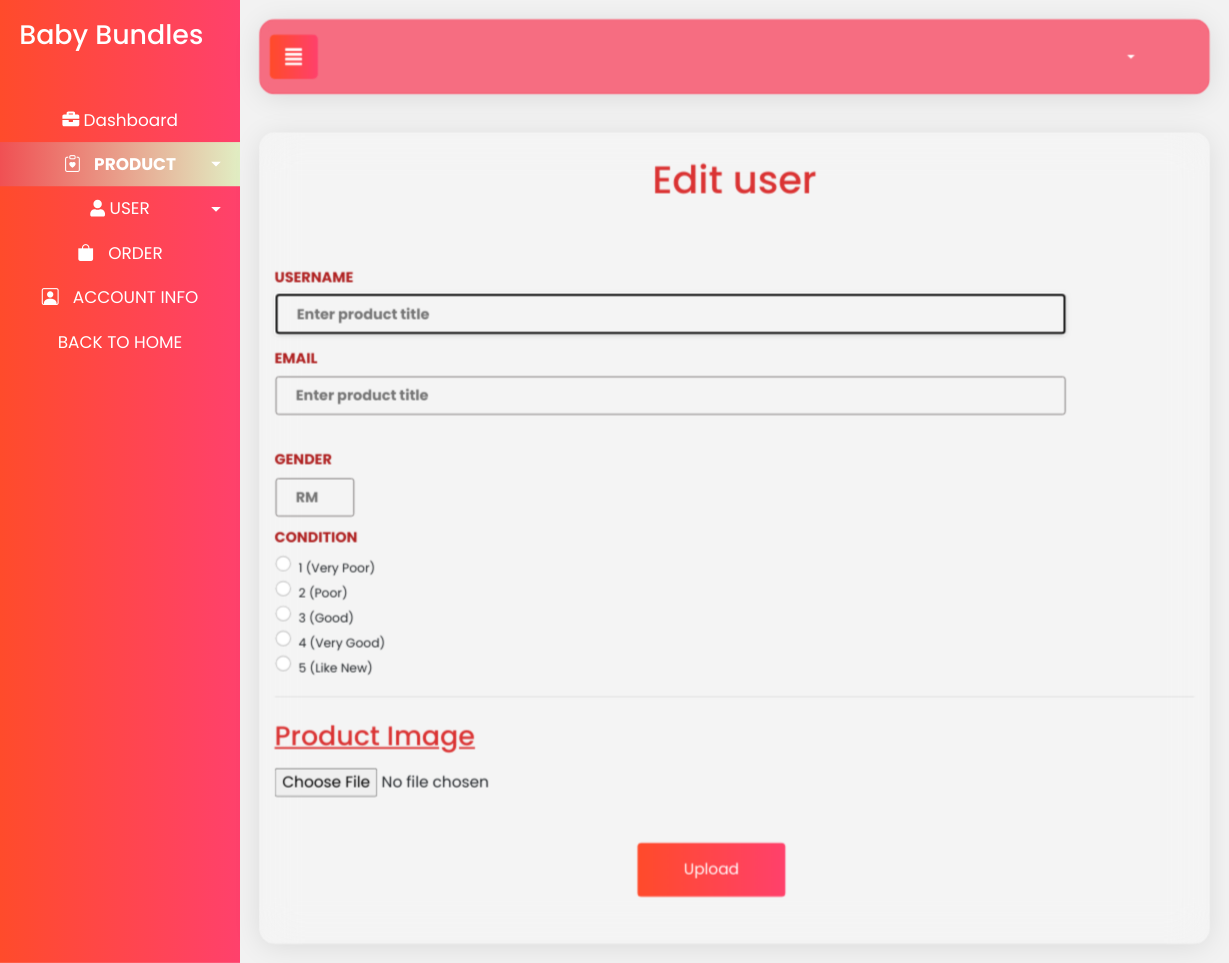
Repository: jiahow99/Baby-Bundles-University
Page: http://localhost/admin-edituser.php
These files come from the project's save history. The page is drawn as it stood at one moment and after the next save; the edit follows.
The browser window is 1280 px wide. The pictures show the whole page, at 96% of full size.
Some web libraries are served in a nearby version. The page is run by PHP 8.4 with error messages shown; the project is at /var/www/html/.

Above is the page before, as saved 2022-11-25 00:58:18.

### admin-edituser.php
<!DOCTYPE html>
<html>

<head>
    <meta charset="utf-8">
    <meta name="viewport" content="width=device-width, initial-scale=1.0">
    <meta http-equiv="X-UA-Compatible" content="IE=edge">

    <title>Admin-Product</title>

    <!-- Bootstrap CSS CDN -->
    <link rel="stylesheet" href="https://stackpath.bootstrapcdn.com/bootstrap/4.1.0/css/bootstrap.min.css" integrity="sha384-9gVQ4dYFwwWSjIDZnLEWnxCjeSWFphJiwGPXr1jddIhOegiu1FwO5qRGvFXOdJZ4" crossorigin="anonymous">
    <!-- Our Custom CSS -->
    <link rel="stylesheet" href="css/admin.style.css">

    <!-- Font Awesome JS -->
    <script defer src="https://use.fontawesome.com/releases/v5.0.13/js/solid.js" integrity="sha384-tzzSw1/Vo+0N5UhStP3bvwWPq+uvzCMfrN1fEFe+xBmv1C/AtVX5K0uZtmcHitFZ" crossorigin="anonymous"></script>
    <script defer src="https://use.fontawesome.com/releases/v5.0.13/js/fontawesome.js" integrity="sha384-6OIrr52G08NpOFSZdxxz1xdNSndlD4vdcf/q2myIUVO0VsqaGHJsB0RaBE01VTOY" crossorigin="anonymous"></script>
    <!-- Bootstrap Icon -->
    <link rel="stylesheet" href="https://cdn.jsdelivr.net/npm/bootstrap-icons@1.3.0/font/bootstrap-icons.css">
    <!-- JQuery -->
    <script src="https://code.jquery.com/jquery-3.5.1.min.js"></script>
    <!-- Bootstrap Icon -->
    <link rel="stylesheet" href="https://cdn.jsdelivr.net/npm/bootstrap-icons@1.9.1/font/bootstrap-icons.css" integrity="sha384-xeJqLiuOvjUBq3iGOjvSQSIlwrpqjSHXpduPd6rQpuiM3f5/ijby8pCsnbu5S81n" crossorigin="anonymous">
    <!-- JavaScript Bundle with Popper -->
    <script src="https://cdn.jsdelivr.net/npm/bootstrap@5.2.3/dist/js/bootstrap.bundle.min.js" integrity="sha384-kenU1KFdBIe4zVF0s0G1M5b4hcpxyD9F7jL+jjXkk+Q2h455rYXK/7HAuoJl+0I4" crossorigin="anonymous"></script>
    <link href="http://cdnjs.cloudflare.com/ajax/libs/font-awesome/4.3.0/css/font-awesome.css" rel="stylesheet"  type='text/css'>


</head>

<body>

    <div class="wrapper">
        <!-- Sidebar  -->
        <?php require 'admin-sidebar.php' ?>

        <!-- Page Content  -->
        <div id="content" style="background-color:#F2F2F2">
            <?php require 'admin-topnavbar.php' ?>

            <form class="container glass" id="edit-product">
                <div class="row justify-content-center mt-4 mb-3">
                   <h1 style="color:#da3333">Edit user</h1>
                </div>
                <div class="row mt-5">
                    <label for="" class="name text-uppercase col-12">Username</label>
                    <input class="input--style-6 col-10 ml-3" type="text" name="title" placeholder="Enter product title" required autofocus>
                </div>

                <div class="row mb-4">
                    <label for="" class="name text-uppercase col-12">Email</label>
                    <input class="input--style-6 col-10 ml-3" type="text" name="title" placeholder="Enter product title" required autofocus>
                </div>

                <div class="row">
                    <label for="" class="name text-uppercase col-12">Gender</label>
                    <input class="input--style-6 col-1 ml-3" type="text" name="title" placeholder="RM" required>
                </div>

                <div class="row">
                            <!-- Product Condition -->
                            <label for="" class="name text-uppercase col-12">Condition</label>
                                <div class="value ml-3">
                                    <div class="form-check form-check-inline">
                                        <input class="form-check-input" type="radio" name="condition" id="inlineRadio1" value="1">
                                        <label class="form-check-label small" for="inlineRadio1">1 (Very Poor)</label>
                                    </div>
                                    <div class="form-check form-check-inline">
                                        <input class="form-check-input" type="radio" name="condition" id="inlineRadio2" value="2">
                                        <label class="form-check-label small" for="inlineRadio2">2 (Poor)</label>
                                    </div>
                                    <div class="form-check form-check-inline">
                                        <input class="form-check-input" type="radio" name="condition" id="inlineRadio3" value="3">
                                        <label class="form-check-label small" for="inlineRadio3">3 (Good)</label>
                                    </div>
                                    <div class="form-check form-check-inline">
                                        <input class="form-check-input" type="radio" name="condition" id="inlineRadio4" value="4">
                                        <label class="form-check-label small" for="inlineRadio4">4 (Very Good)</label>
                                    </div>
                                    <div class="form-check form-check-inline">
                                        <input class="form-check-input" type="radio" name="condition" id="inlineRadio5" value="5">
                                        <label class="form-check-label small" for="inlineRadio5">5 (Like New)</label>
                                    </div>
                            </div>
                        </div>


                <hr>

                <h3 style="color:#da3333;text-decoration: underline;" class="mb-3 mt-4">Product Image</h3>
                <input type="file" name="image" id="">

                <div class="row justify-content-center my-5 ">
                    <button class="btn btn-primary px-5 py-3 mr-5" type="submit">Upload</button>
                </div>

            </form>
    </div>

    <!-- Popper.JS -->
    <script src="https://cdnjs.cloudflare.com/ajax/libs/popper.js/1.14.0/umd/popper.min.js" integrity="sha384-cs/chFZiN24E4KMATLdqdvsezGxaGsi4hLGOzlXwp5UZB1LY//20VyM2taTB4QvJ" crossorigin="anonymous"></script>
    <!-- Bootstrap JS -->
    <script src="https://stackpath.bootstrapcdn.com/bootstrap/4.1.0/js/bootstrap.min.js" integrity="sha384-uefMccjFJAIv6A+rW+L4AHf99KvxDjWSu1z9VI8SKNVmz4sk7buKt/6v9KI65qnm" crossorigin="anonymous"></script>

    <script type="text/javascript">
        $(document).ready(function () {
            $('#sidebarCollapse').on('click', function () {
                $('#sidebar').toggleClass('active');
                $('#dashboardlabel').toggleClass('d-none');
                $('#userlabel').toggleClass('d-none');
                $('#productlabel').toggleClass('d-none');
                $('#orderlabel').toggleClass('d-none');
                $('#accountlabel').toggleClass('d-none');
                $('#logoutlabel').toggleClass('d-none');
            });
        });
    </script>
</body>

</html>

### admin-sidebar.php
<!-- Sidebar  -->
<nav id="sidebar">
    <div class="sidebar-header">
        <h3>Baby Bundles</h3>
        <strong>BS</strong>
    </div>

    <ul class="list-unstyled components">
        <!-- Dashboard -->
        <li id="sidebar-dashboard">
            <a href="admin-dashboard.php">
                <i class="fas fa-briefcase"></i>
                <span id="dashboardlabel">Dashboard</span>
            </a>
        </li>
        <!-- Product -->
        <li id="sidebar-product">
            <a href="#homeSubmenu" data-toggle="collapse" aria-expanded="false" class="dropdown-toggle">
                <i class="bi bi-clipboard-heart"></i>
                <span id="productlabel">PRODUCT</span>
            </a>
            <ul class="collapse list-unstyled" id="homeSubmenu">
                <li>
                    <a href="admin-addproduct.php">ADD PRODUCT</a>
                </li>
                <li>
                    <a href="admin-viewproduct.php">DELETE PRODUCT</a>
                </li>
                <li>
                    <a href="admin-viewproduct.php">VIEW ALL</a>
                </li>
            </ul>
        </li>
        <!-- User -->
        <li id="sidebar-user">
            <a href="#pageSubmenu" data-toggle="collapse" aria-expanded="false" class="dropdown-toggle">
            <i class="fas fa-solid fa-user"></i>
                <span id="userlabel">USER</span>
            </a>
            <ul class="collapse list-unstyled" id="pageSubmenu">
                <li>
                    <a href="admin-viewuser.php">DELETE USER</a>
                </li>
                <li>
                    <a href="admin-viewuser.php">VIEW USERS</a>
                </li>
            </ul>
        </li>
        <!-- Order -->
        <li id="sidebar-order">
            <a href="admin-vieworder.php">
            <i class="bi bi-bag-fill"></i>
                <span id="orderlabel">ORDER</span>
            </a>
        </li>
        <!-- Account Info -->
        <li>
            <a href="account-info.php">
                <i class="bi bi-person-square"></i>
                <span id="accountlabel">ACCOUNT INFO</span>
            </a>
        </li>
        <!-- Back to home -->
        <li>
            <a href="index.php">
                <span id="logoutlabel">BACK TO HOME</span>
            </a>
        </li>
    </ul>
</nav>

<script>

  // Add 'active' class to navigation
  function activeNav(id){
    var nav = document.getElementById(id);
    nav.classList.add('active');
  }

  var title = document.title;

  switch(title){
    case 'Admin-Product':
      activeNav('sidebar-product');
      break;
    case 'Admin-User':
      activeNav('sidebar-user');
      break;
    case 'Admin-Order':
      activeNav('sidebar-order');
      break;
    case 'Admin-Dashboard':
      activeNav('sidebar-dashboard');
      break;
  }
</script>

### admin-topnavbar.php
<nav class="navbar navbar-expand-lg navbar-light bg-admin">
    <div class="container-fluid pl-0">

        <button type="button" id="sidebarCollapse" class="btn-lg btn-primary">
            <i class="fas fa-align-justify"></i>
            <!-- <span>Toggle Sidebar</span> -->
        </button>
        <button class="btn btn-dark d-inline-block d-lg-none ml-auto" type="button" data-toggle="collapse" data-target="#navbarSupportedContent" aria-controls="navbarSupportedContent" aria-expanded="false" aria-label="Toggle navigation">
            <i class="fas fa-align-justify"></i>
        </button>

        <div class="collapse navbar-collapse" id="navbarSupportedContent">
            <ul class="nav navbar-nav ml-auto">
                <li class="nav-item dropdown mx-lg-3 col-2 col-lg-1" >
                    <a href="#" class="nav-link dropdown-toggle user-account text-white" id="userDropdownMenuLink" data-bs-toggle="dropdown" aria-haspopup="true" aria-expanded="false">
                    <?php
                    // Username
                    if(isset($_COOKIE['username'])){
                        echo $_COOKIE['username'];
                    }
                    ?>
                    </a>
                    <div class="dropdown-menu text-sm " aria-labelledby="userDropdownMenuLink">
                        <a href="account-info.php" class="dropdown-item">Account</a>
                        <a href="index.php" class="dropdown-item">Back to home</a>
                        <a href="logout.php" class="dropdown-item">Logout</a>
                    </div>
                </li>
            </ul>
        </div>
    </div>
</nav>

### css/admin.style.css
/*
    DEMO STYLE
*/

@import "https://fonts.googleapis.com/css?family=Poppins:300,400,500,600,700";

body {
    font-family: 'Poppins', sans-serif;
    background: #fafafa;
}

p {
    font-family: 'Poppins', sans-serif;
    font-size: 1.1em;
    font-weight: 300;
    line-height: 1.7em;
    color: #999;
}

a,
a:hover,
a:focus {
    color: inherit;
    text-decoration: none;
    transition: all 0.3s;
}

.navbar {
    padding: 15px 10px;
    background: #fff;
    border: none;
    border-radius: 0;
    margin-bottom: 40px;
    box-shadow: 1px 1px 3px rgba(0, 0, 0, 0.1);
}

.navbar-btn {
    box-shadow: none;
    outline: none !important;
    border: none;
}

.line {
    width: 100%;
    height: 1px;
    border-bottom: 1px dashed #ddd;
    margin: 40px 0;
}

i,
span {
    display: inline-block;
}

/* ---------------------------------------------------
    SIDEBAR STYLE
----------------------------------------------------- */

.wrapper {
    display: flex;
    align-items: stretch;
}

#sidebar {
    min-width: 250px;
    max-width: 250px;
    background: #FF416C;  /* fallback for old browsers */
    background: -webkit-linear-gradient(to right, #FF4B2B, #FF416C);  /* Chrome 10-25, Safari 5.1-6 */
    background: linear-gradient(to right, #FF4B2B, #FF416C); /* W3C, IE 10+/ Edge, Firefox 16+, Chrome 26+, Opera 12+, Safari 7+ */
    color: #fff;
    transition: all 0.3s;
}

#sidebar.active {
    min-width: 80px;
    max-width: 80px;
    text-align: center;
}

#sidebar.active .sidebar-header h3,
#sidebar.active .CTAs {
    display: none;
}

#sidebar.active .sidebar-header strong {
    display: block;
}

#sidebar ul li a {
    text-align: left;
}

#sidebar.active ul li a {
    padding: 20px 10px;
    text-align: center;
    font-size: 0.85em;
}

#sidebar.active ul li a i {
    margin-right: 0;
    display: block;
    font-size: 1.8em;
    margin-bottom: 5px;
}

#sidebar.active ul ul a {
    padding: 10px !important;
}

#sidebar.active .dropdown-toggle::after {
    top: auto;
    bottom: 10px;
    right: 50%;
    -webkit-transform: translateX(50%);
    -ms-transform: translateX(50%);
    transform: translateX(50%);
}

#sidebar .sidebar-header {
    padding: 20px;
    background: #FF416C;  /* fallback for old browsers */
    background: -webkit-linear-gradient(to right, #FF4B2B, #FF416C);  /* Chrome 10-25, Safari 5.1-6 */
    background: linear-gradient(to right, #FF4B2B, #FF416C); /* W3C, IE 10+/ Edge, Firefox 16+, Chrome 26+, Opera 12+, Safari 7+ */
}

#sidebar .sidebar-header strong {
    display: none;
    font-size: 1.8em;
}

#sidebar ul.components {
    padding: 20px 0;
}

#sidebar ul li a {
    padding: 10px;
    font-size: 1.1em;
    display: block;
    text-align: center;
}

#sidebar ul li a:hover {
    color: #dc1522;
    background: #fff;
    font-weight: bolder;
}

#sidebar ul li a i {
    margin-right: 10px;
}

#sidebar ul li.active>a,
a[aria-expanded="true"] {
    color: #fff;
    background: #e1eec3;  /* fallback for old browsers */
    background: -webkit-linear-gradient(to right, #f05053, #e1eec3);  /* Chrome 10-25, Safari 5.1-6 */
    background: linear-gradient(to right, #f05053, #e1eec3); /* W3C, IE 10+/ Edge, Firefox 16+, Chrome 26+, Opera 12+, Safari 7+ */
    font-weight: bolder;
}

a[data-toggle="collapse"] {
    position: relative;
}

.dropdown-toggle::after {
    display: block;
    position: absolute;
    top: 50%;
    right: 20px;
    transform: translateY(-50%);
}

ul ul a {
    font-size: 0.9em !important;
    padding-left: 30px !important;
    background: #6d7fcc;
}

ul.CTAs {
    padding: 20px;
}

ul.CTAs a {
    text-align: center;
    font-size: 0.9em !important;
    display: block;
    border-radius: 5px;
    margin-bottom: 5px;
}

a.download {
    background: #fff;
    color: #7386D5;
}

a.article,
a.article:hover {
    background: #6d7fcc !important;
    color: #fff !important;
}

/* ---------------------------------------------------
    CONTENT STYLE
----------------------------------------------------- */

#content {
    width: 100%;
    padding: 20px;
    min-height: 100vh;
    transition: all 0.3s;
}

/* ---------------------------------------------------
    MEDIAQUERIES
----------------------------------------------------- */

@media (max-width: 768px) {
    #sidebar {
        min-width: 80px;
        max-width: 80px;
        text-align: center;
        margin-left: -80px !important;
    }
    .dropdown-toggle::after {
        top: auto;
        bottom: 10px;
        right: 50%;
        -webkit-transform: translateX(50%);
        -ms-transform: translateX(50%);
        transform: translateX(50%);
    }
    #sidebar.active {
        margin-left: 0 !important;
    }
    #sidebar .sidebar-header h3,
    #sidebar .CTAs {
        display: none;
    }
    #sidebar .sidebar-header strong {
        display: block;
    }
    #sidebar ul li a {
        padding: 20px 10px;
    }
    #sidebar ul li a span {
        font-size: 0.85em;
    }
    #sidebar ul li a i {
        margin-right: 0;
        display: block;
    }
    #sidebar ul ul a {
        padding: 10px !important;
    }
    #sidebar ul li a i {
        font-size: 1.3em;
    }
    #sidebar {
        margin-left: 0;
    }
    #sidebarCollapse span {
        display: none;
    }
}

#homeSubmenu li a,#pageSubmenu li a{
    background: #ED213A;  /* fallback for old browsers */
    background: -webkit-linear-gradient(to right, #93291E, #ED213A);  /* Chrome 10-25, Safari 5.1-6 */
    background: linear-gradient(to right, #93291E, #ED213A); /* W3C, IE 10+/ Edge, Firefox 16+, Chrome 26+, Opera 12+, Safari 7+ */



}

.btn-primary{
    background: #ffffff;  /* fallback for old browsers */
    background: -webkit-linear-gradient(to right, #FF4B2B, #FF416C);  /* Chrome 10-25, Safari 5.1-6 */
    background: linear-gradient(to right, #FF4B2B, #FF416C); /* W3C, IE 10+/ Edge, Firefox 16+, Chrome 26+, Opera 12+, Safari 7+ */
    border: 0;
    cursor: pointer;
}

.glass{
/* From https://css.glass */
background: rgba(255, 255, 255, 0.18);
border-radius: 16px;
box-shadow: 0 4px 30px rgba(0, 0, 0, 0.1);
backdrop-filter: blur(20px);
-webkit-backdrop-filter: blur(20px);
border: 1px solid rgba(255, 255, 255, 0.13);
}

.input--style-6, .textarea--style-6 {
    background: transparent;
    line-height: 38px;
    border: 1px solid #7b7676;
    -webkit-border-radius: 3px;
    -moz-border-radius: 3px;
    border-radius: 3px;
    color: #666;
    font-size: 15px;
    font-weight: bold;
    -webkit-transition: all 0.4s ease;
    -o-transition: all 0.4s ease;
    -moz-transition: all 0.4s ease;
    transition: all 0.4s ease;
    padding: 0 20px;
}

.input--style-6:focus,
.textarea--style-6:focus {
  -webkit-box-shadow: 0px 1px 5px 0px rgba(0, 0, 0, 0.15);
  -moz-box-shadow: 0px 1px 5px 0px rgba(0, 0, 0, 0.15);
  box-shadow: 0px 1px 5px 0px rgba(0, 0, 0, 0.15);
  -webkit-transform: translateY(-3px);
  -moz-transform: translateY(-3px);
  -ms-transform: translateY(-3px);
  -o-transform: translateY(-3px);
  transform: translateY(-3px);
  border: 2px solid #7b7676;

}

.name{
    width: 188px;
  color: rgb(175, 33, 33);
  font-size: 15px;
  font-weight: 700;
  margin-top: 11px;
  font-family: "Poppins", sans-serif;
}

.form-check {
    display: block;
    min-height: 1.5rem;
    padding-left: 1.5em;
    margin-bottom: 0.125rem;
}

.form-check .form-check-input {
float: left;
margin-left: -1.5em;
}

.form-check-input {
width: 1em;
height: 1em;
margin-top: 0.25em;
vertical-align: top;
background-color: #fff;
background-repeat: no-repeat;
background-position: center;
background-size: contain;
border: 1px solid rgba(0, 0, 0, 0.25);
-webkit-appearance: none;
-moz-appearance: none;
appearance: none;
-webkit-print-color-adjust: exact;
color-adjust: exact;
}

.form-check-input[type="checkbox"] {
border-radius: 0.25em;
}

.form-check-input[type="radio"] {
border-radius: 50%;
}

.form-check-input:active {
filter: brightness(90%);
}

.form-check-input:focus {
border-color: #ed9999;
outline: 0;
box-shadow: 0 0 0 0.25rem rgba(218, 51, 51, 0.25);
}

.form-check-input:checked {
background-color: #da3333;
border-color: #da3333;
}

.form-check-input:checked[type="checkbox"] {
background-image: url("data:[embedded picture, 214 characters]");
}

.form-check-input:checked[type="radio"] {
background-image: url("data:[embedded picture, 126 characters]");
}

.form-check-input[type="checkbox"]:indeterminate {
background-color: #da3333;
border-color: #da3333;
background-image: url("data:[embedded picture, 208 characters]");
}

.form-check-input:disabled {
pointer-events: none;
filter: none;
opacity: 0.5;
}

.form-check-input[disabled] ~ .form-check-label, .form-check-input:disabled ~ .form-check-label {
opacity: 0.5;
}

.form-switch {
padding-left: 2.5em;
}

.form-switch .form-check-input {
width: 2em;
margin-left: -2.5em;
background-image: url("data:[embedded picture, 143 characters]");
background-position: left center;
border-radius: 2em;
transition: background-position 0.15s ease-in-out;
}

.user{
    color: black;
    font-weight: bold;
}

.user-row{
    border: 1px solid black;
}

.bg-admin{
/* From https://css.glass */
background: rgba(248, 40, 70, 0.66);
border-radius: 16px;
box-shadow: 0 4px 30px rgba(0, 0, 0, 0.1);
backdrop-filter: blur(6.9px);
-webkit-backdrop-filter: blur(6.9px);
border: 1px solid rgba(248, 40, 70, 0.3);
}

After the next save:
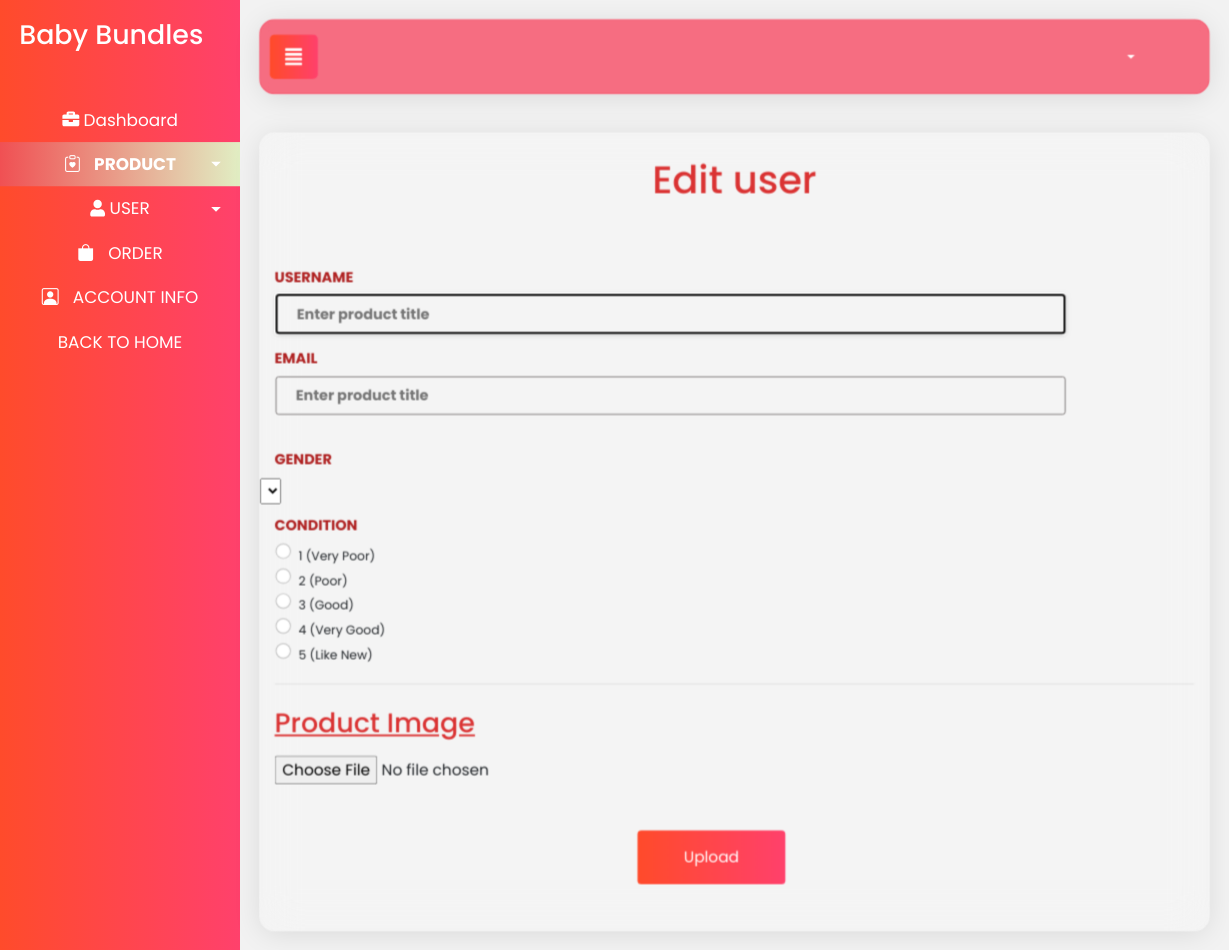
Saved 9 s later.
--- a/admin-edituser.php
+++ b/admin-edituser.php
@@ -55,7 +55,7 @@
 
                 <div class="row">
                     <label for="" class="name text-uppercase col-12">Gender</label>
-                    <input class="input--style-6 col-1 ml-3" type="text" name="title" placeholder="RM" required>
+                    <select name="gender" id=""></select>
                 </div>
 
                 <div class="row">
